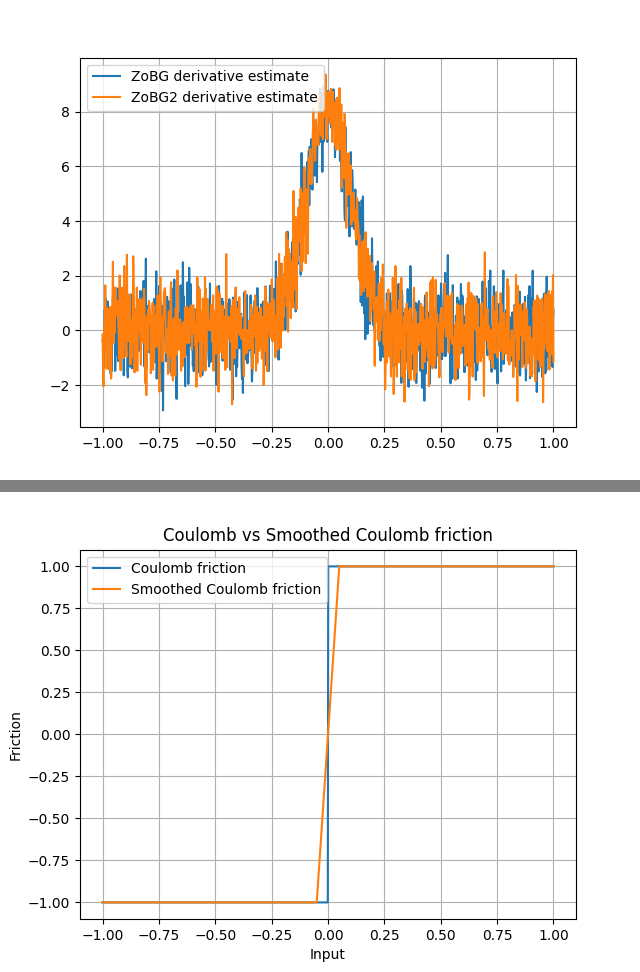
Repository: oomcth/Gradient-smoothing
Script's output: python test.py
An editor plug-in stored every save of this project. The script's output is shown before and after the next save, followed by the edit.
Each picture stacks the figures in order, with grey between them; figures that are only written to a file come last. Random numbers start from a fixed seed.

Above is the script's output before, as saved 2025-11-21 17:13:20.

After the next save:
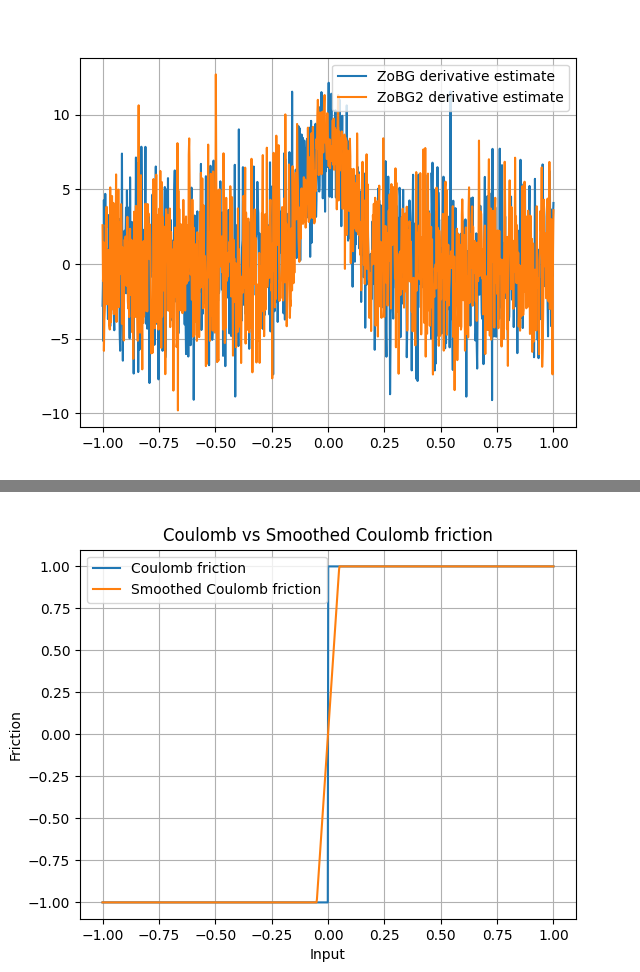
Saved 35 s later.
--- a/test.py
+++ b/test.py
@@ -31,7 +31,7 @@ def visualize_coulomb(t):
     plt.show()
 
 
-def zo_gradient(f, x, M=100):
+def zo_gradient(f, x, M=10):
     x = np.array([x], dtype=float)
     omegas = rng.normal(loc=0.0, scale=sigma, size=M)
     xs = x + omegas
